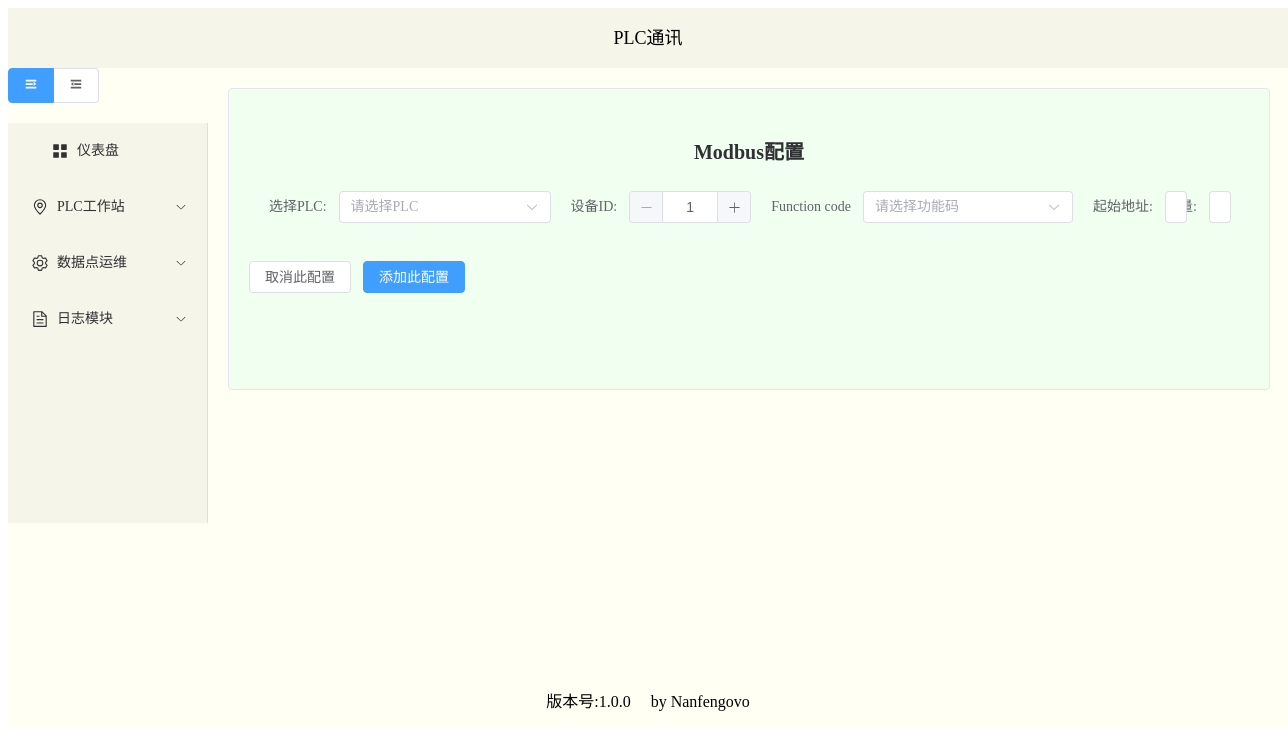
Repository: nanfengovo/HelperWorkStation
Page: /#/frameWork/DataPointOperations/Modbus (app in HelperWorkStation/plchelper-ui/)
The author's editor kept a copy of each file at every save. The page is drawn from the files as they stood at one save, then again after the next save.
The browser window is 1280 px wide. The page is 1288 px wide, so the pictures cover 1288 px, including what lies to the right of the window. The pictures show the whole page.
The page's requests for data from a server got no answer. The project was rebuilt for these pictures with package versions that can differ from the ones it lists, and the page was loaded fresh each time. No one was signed in, and anything a server would have sent is missing. Also part of the build but not shown: HelperWorkStation/plchelper-ui/vite.config.ts, HelperWorkStation/plchelper-ui/src/views/Login/index.vue.

Above is the page before, as saved 2025-01-30 17:32:30.

### HelperWorkStation/plchelper-ui/index.html
<!DOCTYPE html>
<html lang="">
  <head>
    <meta charset="UTF-8">
    <link rel="icon" href="/icon-park-outline--cpu.png">
    <meta name="viewport" content="width=device-width, initial-scale=1.0">
    <title>PLCHelper Station</title>
  </head>
  <body>
    <div id="app"></div>
    <script type="module" src="/src/main.ts"></script>
  </body>
</html>

<style>
  #app{
    /* display: flex;
    justify-content: center;
    align-items: center; */
    height: 100vh;
    width: 100vw;
  }
</style>

### HelperWorkStation/plchelper-ui/src/main.ts
// import './assets/main.css'

import { createApp } from 'vue'
import ElementPlus from 'element-plus'
import 'element-plus/dist/index.css'
import { createPinia } from 'pinia'

import App from './App.vue'
import * as ElementPlusIconsVue from '@element-plus/icons-vue'
import router from './router'

const app = createApp(App)
app.use(router)
for (const [key, component] of Object.entries(ElementPlusIconsVue)) {
    app.component(key, component)
    }
app.use(ElementPlus)
app.use(createPinia())


app.mount('#app')

### HelperWorkStation/plchelper-ui/src/App.vue
<script setup lang="ts">
import {  RouterView } from 'vue-router'
import FrameWork from './views/FrameWork/index.vue'
import Login from './views/Login/index.vue'
</script>

<template>
  <div class="app">
    <RouterView />
  </div>

  <!-- <RouterView /> -->
</template>

<style scoped>
	html,body,#app{
      height: 100%;
      width: 100%;
	}
  .app{
    height: 100%;
    width: 100%;
  }
</style>

### HelperWorkStation/plchelper-ui/src/router/index.ts
import { createMemoryHistory, createRouter, createWebHashHistory, type RouteRecordRaw } from 'vue-router'
import frameWork from '../views/FrameWork/index.vue';
import Login from '../views/Login/index.vue';
import panel from '../views/FrameWork/layout/panel/index.vue';

// const routes: RouteRecordRaw[] = [];
const routes: Array<RouteRecordRaw> = [
    {
        path: '/',
        redirect: '/login'
    },
    {
        path: '/login',
        name: 'login',
        component: Login
    },
    {
        path: '/frameWork',
        name: '主页',
        component: frameWork,
        children: [
            {
                path: '/framework/panel',
                name: '仪表板',
                component: () => import('../views/FrameWork/layout/panel/index.vue'),
            },
            {
                path: '/frameWork/PLCWorkstation/Modbus',
                name: 'PLC工作站-Modbus',
                component: () => import('../views/FrameWork/layout/PLCWorkstation/Modbus/index.vue'),
            },
            {
                path: '/frameWork/PLCWorkstation/PLC',
                name: 'PLC工作站-PLC配置',
                component: () => import('../views/FrameWork/layout/PLCWorkstation/PLC/index.vue'),
            },
            {
                path: '/frameWork/PLCWorkstation/S7',
                name: 'PLC工作站-S7',
                component: () => import('../views/FrameWork/layout/PLCWorkstation/S7/index.vue'),
            },
            {
                path: '/frameWork/PLCWorkstation/OPC',
                name: 'PLC工作站-OPC',
                component: () => import('../views/FrameWork/layout/PLCWorkstation/OPC/index.vue'),
            },
            {
                path: '/frameWork/PLCWorkstation/FinsTCP',
                name: 'PLC工作站-FinsTCP',
                component: () => import('../views/FrameWork/layout/PLCWorkstation/FinsTCP/index.vue'),
            },
            {
                path: '/frameWork/DataPointOperations/Modbus',
                name: '数据点运维-Modbus',
                component: () => import('../views/FrameWork/layout/DataPointOperations/Modbus/index.vue'),
            },
            {
                path: '/frameWork/DataPointOperations/S7',
                name: '数据点运维-S7',
                component: () => import('../views/FrameWork/layout/DataPointOperations/S7/index.vue'),
            },
            {
                path: '/frameWork/DataPointOperations/Opc',
                name: '数据点运维-Opc',
                component: () => import('../views/FrameWork/layout/DataPointOperations/OPC/index.vue'),
            },
            {
                path: '/frameWork/DataPointOperations/FinsTCP',
                name: '数据点运维-FinsTCP',
                component: () => import('../views/FrameWork/layout/DataPointOperations/FinsTCP/index.vue'),
            },
            {
                path: '/frameWork/Log/Operation',
                name: '用户操作日志',
                component: () => import('../views/FrameWork/layout/Log/Operation/index.vue'),
            },
            {
                path: '/frameWork/Log/ReadWrite',
                name: '数据点读写日志',
                component: () => import('../views/FrameWork/layout/Log/ReadWrite/index.vue'),
            },

        ],


    },
];

const router = createRouter({
    history: createWebHashHistory(),
    routes,
});

export default router;

### HelperWorkStation/plchelper-ui/src/views/FrameWork/index.vue
<template>
    <div class="common-layout">
        <el-container>
            <div class="layout-header">
                <el-header>
                    PLC通讯
                </el-header>
            </div>
            <el-container>
                <el-aside width="200px" height="100vh" >
                    <el-radio-group v-model="isCollapse" style="margin-bottom: 20px">
                        <el-radio-button :value="false"><el-icon><Expand /></el-icon></el-radio-button>
                        <el-radio-button :value="true"><el-icon><Fold /></el-icon></el-radio-button>
                    </el-radio-group>
                    <el-menu
                        background-color="#f5f5e9"
                        default-active="1"
                        class="el-menu-vertical-demo"
                        :collapse="isCollapse"
                        @open="handleOpen"
                        @close="handleClose"
                        router
                    >
                        <el-menu-item index="/frameWork/panel">
                            <el-menu-item >
                                <el-icon><icon-menu /></el-icon>
                                <template #title>仪表盘</template>
                            </el-menu-item>
                        </el-menu-item>
                        <el-sub-menu index="2">
                        <template #title>
                            <el-icon><location /></el-icon>
                            <span>PLC工作站</span>
                        </template>
                        <el-menu-item-group >
                            <el-menu-item index="/frameWork/PLCWorkstation/PLC">PLC配置</el-menu-item>
                            <el-menu-item index="/frameWork/PLCWorkstation/Modbus">Modbus模块</el-menu-item>
                            <el-menu-item index="/frameWork/PLCWorkstation/S7">S7模块</el-menu-item>
                            <el-menu-item index="/frameWork/PLCWorkstation/OPC">OPC模块</el-menu-item>
                            <el-menu-item index="/frameWork/PLCWorkstation/FinsTCP">FinsTCP模块</el-menu-item>
                        </el-menu-item-group>
                        </el-sub-menu>
                        <el-sub-menu index="3">
                        <template #title>
                            <el-icon><Setting /></el-icon>
                            <span>数据点运维</span>
                        </template>
                        <el-menu-item-group >
                            <el-menu-item index="/frameWork/DataPointOperations/Modbus">Modbus数据点配置</el-menu-item>
                            <el-menu-item index="/frameWork/DataPointOperations/S7">S7数据点配置</el-menu-item>
                            <el-menu-item index="/frameWork/DataPointOperations/Opc">OPC数据点配置</el-menu-item>
                            <el-menu-item index="/frameWork/DataPointOperations/FinsTCP">FinsTCP数据点模块</el-menu-item>
                        </el-menu-item-group>
                        </el-sub-menu>
                        <el-sub-menu index="4">
                        <template #title>
                            <el-icon><Document /></el-icon>
                            <span>日志模块</span>
                        </template>
                        <el-menu-item-group >
                            <el-menu-item index="/frameWork/Log/Operation">操作日志</el-menu-item>
                            <el-menu-item index="/frameWork/Log/ReadWrite">读写日志</el-menu-item>
                        </el-menu-item-group>
                        </el-sub-menu>
                    </el-menu>
                </el-aside>
                    <el-container>
                        <el-main>
                            <!-- <div class="main-header"> -->
                            <!-- <div class="main-header-breadcrumb"> -->
                                <!-- 面包屑 -->
                                <!-- <el-breadcrumb :separator-icon="ArrowRight"
                                                style="cursor: pointer; margin: 10px 0; display:inline-block;margin-left: 10px; ">
                                                <el-breadcrumb-item  >面包屑导航</el-breadcrumb-item>
                                </el-breadcrumb>
                            </div> -->
                            <!-- <div class="main-header-tab">
                                <el-tab>
                                    <el-tabs
                                    v-model="tablist"
                                    type="card"
                                    editable
                                    class="demo-tabs"
                                    @tab-click="pushTo"
                                >
                                    <el-tab-pane
                                    v-for="item in tablist"
                                    :key="item.name"
                                    :label="item.name"
                                    :name="item.name"
                                    >
                                    {{ item.path }}
                                    </el-tab-pane>
                                </el-tabs>
                                </el-tab>
                            </div> -->
                        <!-- </div> -->
                            <RouterView/>
                        </el-main>
                    </el-container>
            </el-container>
                <el-footer class="fixed-footer" >
                    <span>版本号:{{SoftVersion}}</span>&nbsp;&nbsp;&nbsp;&nbsp;
                    <span>by {{ SoftAuthor }}</span>
                </el-footer>
        </el-container>
    </div>
</template>

<script lang="ts" setup>
import { ref } from 'vue'
import { useRouter } from 'vue-router';
import routes from '../../router/index';
import {
    Document,
    Menu as IconMenu,
    Location,
    Setting,
    ArrowRight,
} from '@element-plus/icons-vue'
import type { TabPaneName } from 'element-plus'



const SoftVersion = ref('1.0.0')
const SoftAuthor = ref('Nanfengovo')


import { useRoute } from 'vue-router'
import router from '../../router/index';
const route = useRoute()
const pathList = ref()

console.log('route', route)// 获取当前路由
console.log('route.matched', route.matched)// 获取当前路由匹配到的路由记录
console.log('route.matched[0].children', route.matched[0].children)// 获取当前路由匹配到的路由记录

const tablist = ref(route.matched[0].children)
const isCollapse = ref(false)

let tabIndex = 1;

// const pushTo = (tab: TabPaneName) => {
//     router.push(tab)
// }


</script>

<style>
.el-menu-vertical-demo:not(.el-menu--collapse) {
    width: 200px;
    min-height: 400px;
}
.layout-header {
    background-color: #f5f5e9;
    color: black;
    text-align: center;
    line-height: 60px;
    font-size: 18px;
}

.common-layout{
    display: flex;
    flex-direction: column;
    min-height: 100vh;
    background-color: #fffff3;
}
.fixed-footer {
    background-color: #fffff3; /* 根据需要设置背景颜色 */
    padding: 10px; /* 根据需要设置内边距 */
    text-align: center; /* 根据需要设置文本对齐方式 */
    margin-bottom: 20px;
    height: 30px;
    font-size: 16px;
}
.main-header{
    border: red 1px solid;
    width: 100%;
    height: 30px;
}
/* .main-header-breadcrumb{
    border: green 1px solid;
    margin: 10px;
    width: 100%;
    height: 30px;
} */
.main-header-tab
{
    border: blue 1px solid;
    width: 100%;
    height: 30px;
}
.demo-tabs {
    border: 1px solid orangered;
    width: 60px;
    height: 30px;
    border-radius: 4px;
}
.demo-tabs>.el-tab-pane {
    border-bottom: 1px solid #ebeef5;
}
</style>

### HelperWorkStation/plchelper-ui/src/views/FrameWork/layout/DataPointOperations/Modbus/index.vue
<template>
    <div class="modbus">
        <el-card class="modbus-card" shadow="hover">
            <div class="modbus-header">
                <div class="card-top-top">
                        <h4>Modbus配置</h4>
                </div>
                <el-form :model="modbusConfig" class="modbusConfig-form">
                    <div class="content">
                        <el-form-item label = "选择PLC:">
                            <el-select v-model="PLCList" placeholder="请选择PLC" style="width: 240px">
                                <el-option
                                    v-for="item in PLCList"
                                    :value = "item.PLCName"
                                ></el-option>
                            </el-select>
                        </el-form-item>
                        <el-form-item label = "设备ID:">
                            <el-input-number v-model="num" :min="1" :max="32" @change="handleChange" />
                        </el-form-item>
                        <el-form-item label="Function code" class="function-code" >
                                <el-select
                                    v-model="functionCodes"
                                    style="width: 240px;"
                                    placeholder="请选择功能码"
                                    clearable
                                >
                                    <el-option label="01 Read Coils（0x）" value="01 Read Coils（0x）" />
                                    <el-option value="02 Read Discrete Inputs (1x)" />
                                    <el-option value="03 Read Holding Registers (4x)" />
                                    <el-option value="04 Read Input Registers (3x)" />
                                    <el-option value="05 Write Single Coil" />
                                    <el-option value="06 Write Single Register" />
                                    <el-option value="15 Write Multiple Coils" />
                                    <el-option value="16 WriteMultipleRegisters" />
                                </el-select>
                        </el-form-item>
                        <el-form-item label="起始地址:" >
                            <el-input v-model="address" placeholder="请输入地址" />
                        </el-form-item>
                        <el-form-item label="数量:" >
                            <el-input v-model="quantity" placeholder="请输入数量" />
                        </el-form-item>
                    </div>

                    <div class="btn-group">
                        <el-button >取消此配置</el-button>
                        <el-button type="primary">添加此配置</el-button>
                    </div>
                </el-form>
            </div>
        </el-card>
    </div>
</template>
<script setup lang = "ts">
import axios from 'axios';
import { onMounted, reactive, ref } from 'vue';

// const modbusConfig = reactive({
//     functionCodes: '',
//     address: ''
// });

// const PLCList = ref(
//     id: number,
//     PLCName: string,
// );
const num = ref(1);

const functionCodes = ref('');
const address = ref('');
const quantity = ref('');

const handleChange = (value: number) => {
    console.log('Value changed:', value);
};

const GetAllPLCConfig = async () => {
    const response = await axios.get("http://127.0.0.1:5264/api/ModbusConfig/GetPLCConfig");
    console.log(response.data);
    PLCList.value = response.data;
    console.log(PLCList);
}

onMounted(() => {
    GetAllPLCConfig();
});
</script>

<style >
.content{
    display: flex;
    margin: 20px;
}
.modbusConfig-form .el-form-item{
    margin-right: 20px;
}
.function-code>.el-select{
    width: 240px;
}
.modbus-card{
    width: 100%;
    height: 300px;
    background-color: #F0FFF0;
}
.card-top-top h4{
    font-size: 20px;
    font-weight: bold;
    text-align: center;
}
.content-plc{
    margin-left: 40px;
}
.demo-form-inline .el-select {
    --el-select-width: 220px;
}</style>

After the next save:
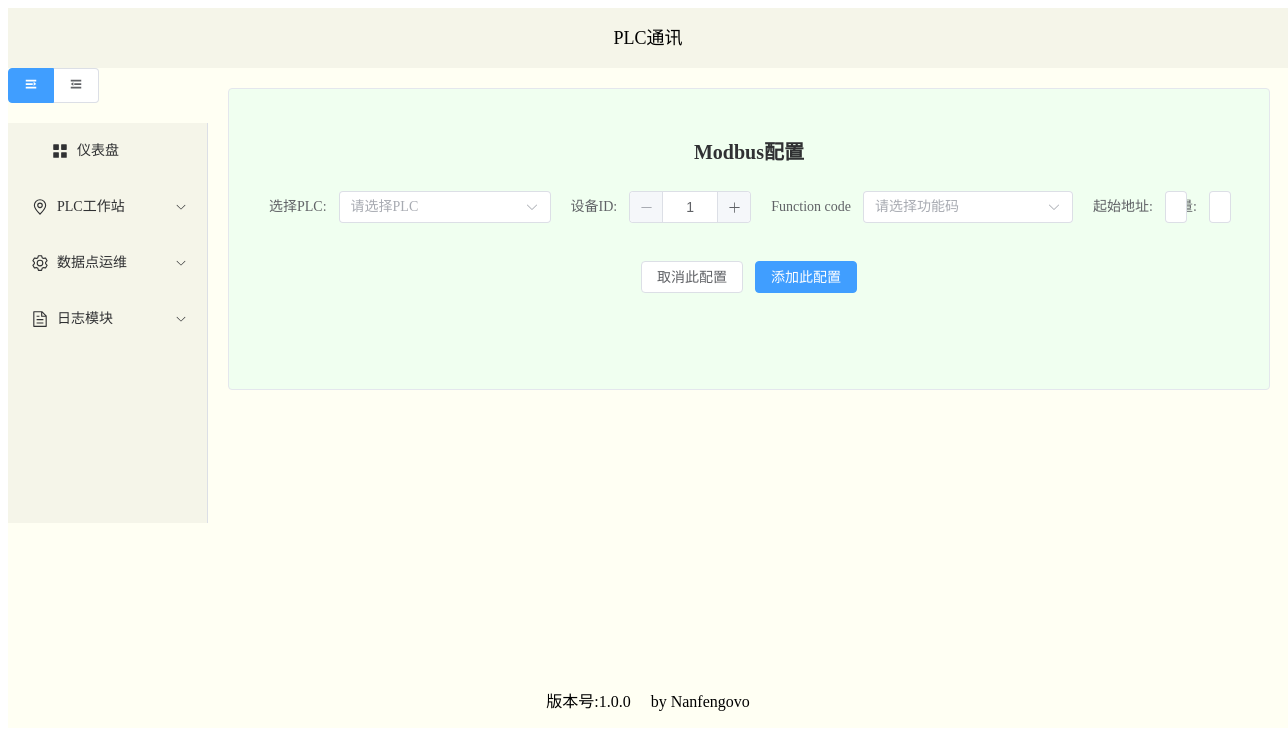
Saved 12 s later.
--- a/HelperWorkStation/plchelper-ui/src/views/FrameWork/layout/DataPointOperations/Modbus/index.vue
+++ b/HelperWorkStation/plchelper-ui/src/views/FrameWork/layout/DataPointOperations/Modbus/index.vue
@@ -95,6 +95,11 @@
 .modbusConfig-form .el-form-item{
     margin-right: 20px;
 }
+.btn-group{
+    display: flex;
+    justify-content: center;
+    margin-top: 20px;
+}
 .function-code>.el-select{
     width: 240px;
 }

After the save that followed:
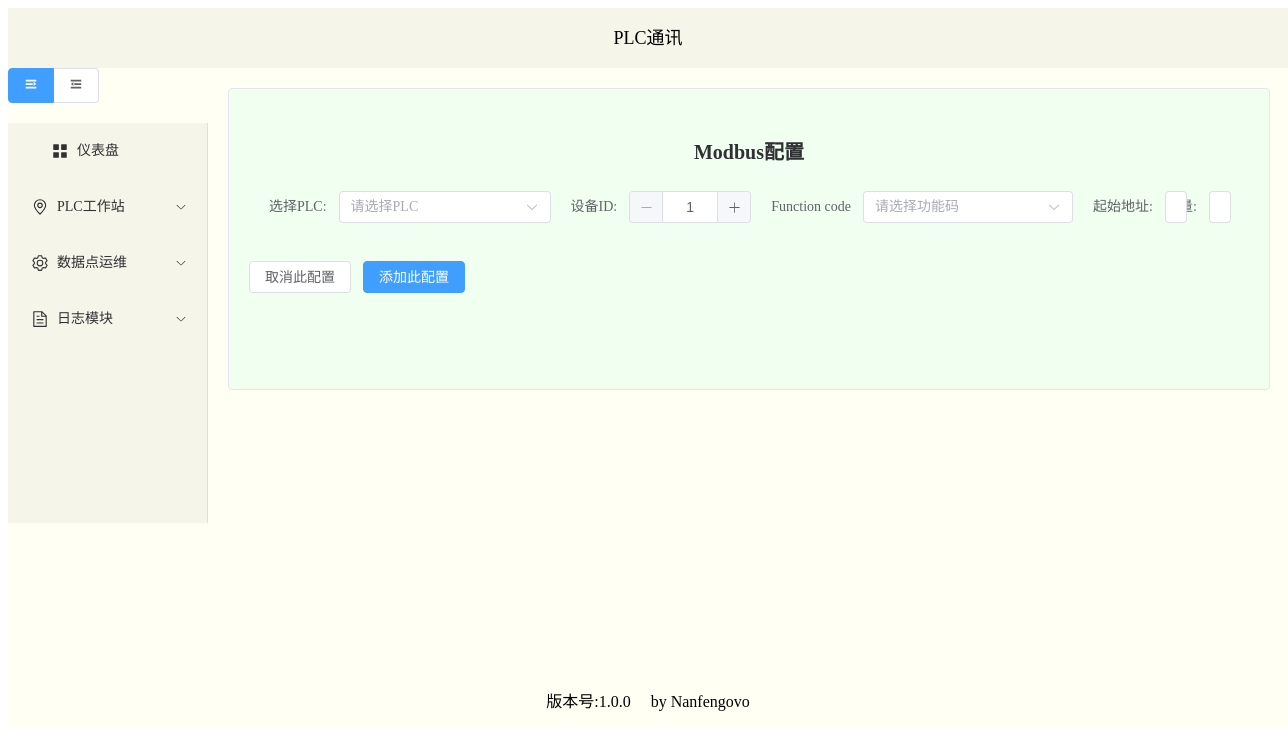
Saved 11 s later.
--- a/HelperWorkStation/plchelper-ui/src/views/FrameWork/layout/DataPointOperations/Modbus/index.vue
+++ b/HelperWorkStation/plchelper-ui/src/views/FrameWork/layout/DataPointOperations/Modbus/index.vue
@@ -97,7 +97,7 @@
 }
 .btn-group{
     display: flex;
-    justify-content: center;
+
     margin-top: 20px;
 }
 .function-code>.el-select{
